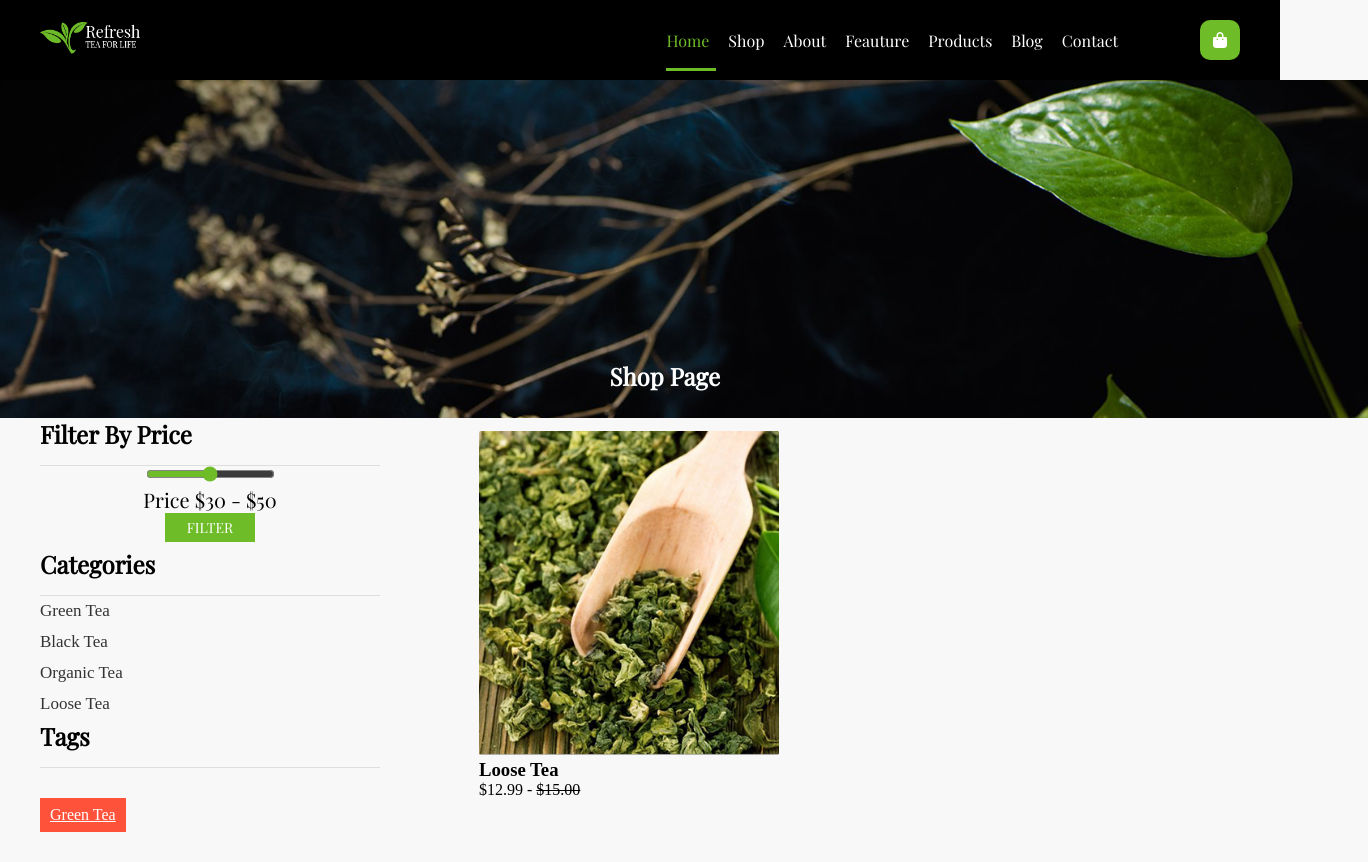
Repository: 52hzwhaleblue/school_teashop
Page: shop.html
An editor plug-in stored every save of this project. The page is shown before and after the next save, followed by the edit.
The browser window is 1280 px wide. The page is 1368 px wide, so the pictures cover 1368 px, including what lies to the right of the window. The pictures show the whole page.
Some web libraries are served in a nearby version.

Above is the page before, as saved 2022-04-29 18:46:15.

After the next save:
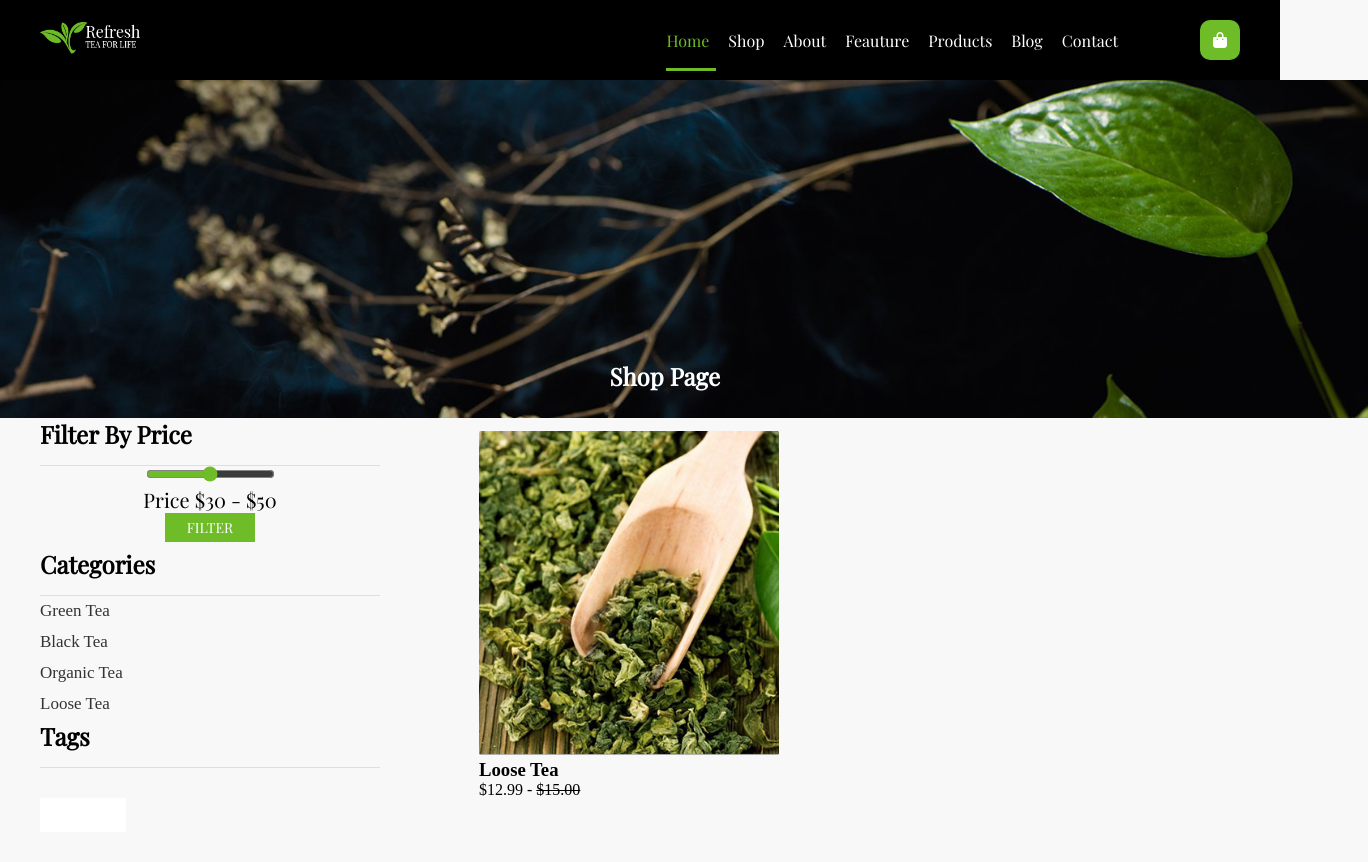
Saved 26 s later.
--- a/style.css
+++ b/style.css
@@ -684,7 +684,7 @@ ul{
 }
 .btn{
     display: inline-block;
-    background: #ff523b;
+    background: #fff;
     color: #fff;
     padding: 8px 10px;
     margin: 30px 0;
